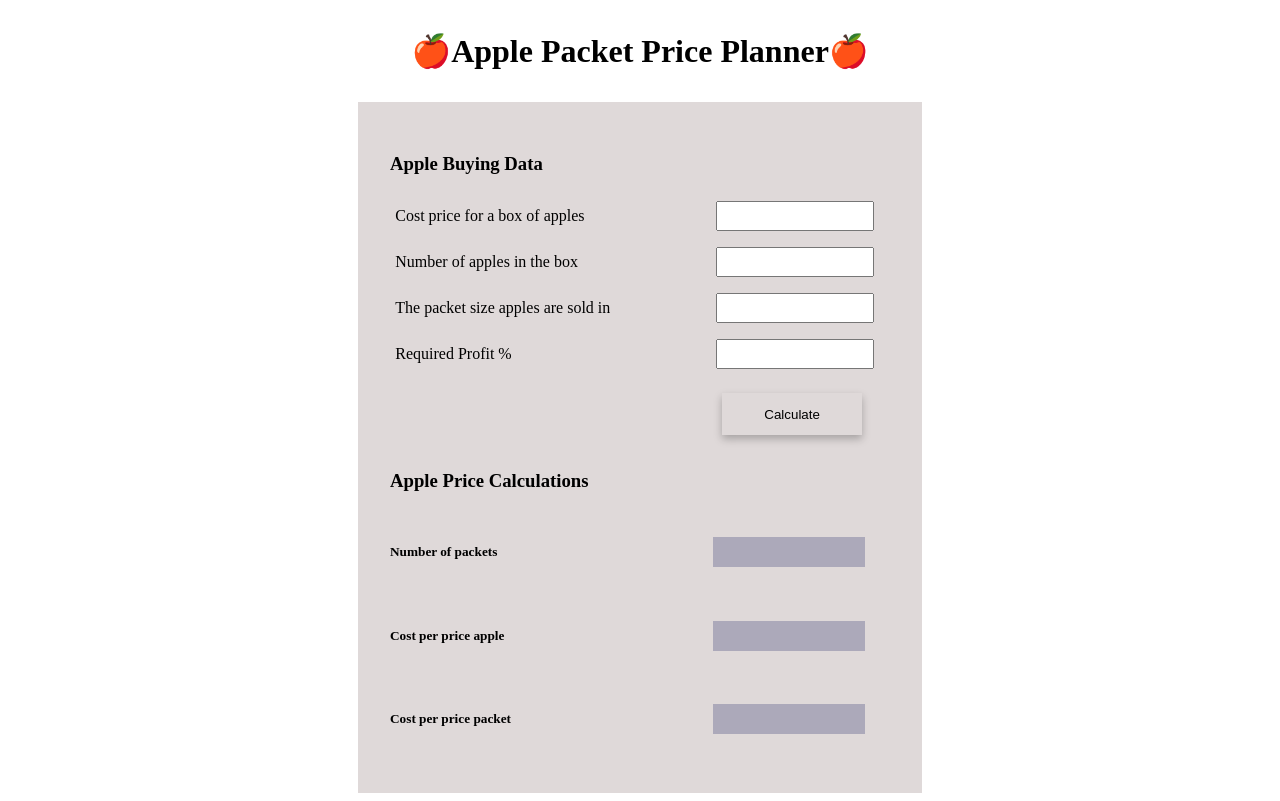
Repository: lasity34/apple-packet-price-planner
Page: index.html
An editor plug-in stored every save of this project. The page is shown before and after the next save, followed by the edit.
The browser window is 1280 px wide. The pictures show the whole page.

Above is the page before, as saved 2023-05-29 14:05:03.

### index.html
<!DOCTYPE html>
<html lang="en">
  <head>
    <meta charset="UTF-8" />
    <meta http-equiv="X-UA-Compatible" content="IE=edge" />
    <meta name="viewport" content="width=device-width, initial-scale=1.0" />
    <title>Apple Packet Price Planner</title>
    <link href="./style.css" rel="stylesheet" />
  </head>
  <body>
    <h1>🍎Apple Packet Price Planner🍎</h1>
    <main>
      <h3>Apple Buying Data</h3>
      <div class="data_input">
      <section class="input_section">
        <div class="input_container">
          <label for="apple_price">Cost price for a box of apples</label><br />
          <input
            type="number"
            id="apple_price"
            name="apple_price"

          /><br />
        </div>
      </section>
      <section class="input_section">
        <div class="input_container">
          <label for="apple_num">Number of apples in the box</label><br />
          <input type="number" id="apple_num" name="apple_num"  /><br />
        </div>
      </section>
      <section class="input_section">
        <div class="input_container">
          <label for="packet_size">The packet size apples are sold in</label><br />
          <input type="number" id="packet_size" name="packet_size" /><br />
        </div>
      </section>
      <section class="input_section">
        <div class="input_container">
          <label for="profit_required">Required Profit %</label><br />
          <input type="number" id="profit_required" name="profit_required"/><br />
        </div>
      </section>
      <div class="btn_container">
        <div></div>
        <button class="calculate_btn">Calculate</button>
      </div>
    </div>
   <section class="data_display">
    <h3>Apple Price Calculations</h3>
    <div class="data_container">
      <h5>Number of packets</h5>
      <h5 class="packets_display"></h5>
    </div>
    <div class="data_container">
      <h5>Cost per price apple</h5>
      <h5 class="cost_per_apple_display"></h5>
    </div>
    <div class="data_container">
      <h5>Cost per price packet</h5>
      <h5 class="cost_per_packet_display"></h5>
    </div>
   </section>
    </main>
  </body>
  <script src="./apple-factory.js"></script>
  <script src="./apple-dom.js"></script>
</html>

### style.css

h1 {
    text-align: center;
    margin: 1em;
}

main {
    background-color: rgb(223, 217, 217);
    margin: 0 auto;
    padding: 2em;
    width: 70%;
    max-width: 500px;
}

.input_section {
    padding: 0.5em 0;
}

.input_container {
    display: flex;
    justify-content: space-around;
    height: 30px;
}

.input_container input {
    width: 30%;
}

.input_container label {
    width: 60%;
   align-self: center;
}

.btn_container {
    display: flex;
    justify-content: space-around;
    padding: 1em;

}

.btn_container div {
    width: 60%;
}

.calculate_btn {
    background-color: rgb(223, 217, 217);
    width: 30%;
    padding: 1em;
    border: none;
    box-shadow: 0px 4px 8px rgba(0, 0, 0, 0.25);
}

.data_container {
    display: flex;
    justify-content: space-between;
    width: 95%;

}

.data_container h5:nth-of-type(1) {
    align-self: center;
}

.data_container h5:nth-of-type(2) {
  font-size: 1rem;
    display: flex;
    justify-content: center;
    align-items: center;
    width: 32%;
    height: 30px;
    background-color: rgb(172, 169, 186);
}

### apple-factory.js


function apple_factory(price, num, size, profit) {

    let apple_cost_price = price || 0;
    let num_apples = num || 0;
    let packet_size = size || 0;
    let profit_required = profit || 0;

    function apple_price(price) {
        apple_cost_price = price
    }

     function apple_count(num) {
        num_apples = num
     }

     function apple_size(packet) {
        packet_size = packet
     }

     function profit_input(input) {
        profit_required = input
     }

    function apples_price_length() {
        return apple_cost_price
    }

    function apple_count_length() {
        return num_apples
    }

    function apple_size_length() {
        return packet_size
    }

    function profit_required_length() {
        return profit_required
    }

    function number_of_packets() {
        const num_packets = Math.floor( num_apples / packet_size)
        return num_packets
    }

    function cost_per_apple() {
        const price_per_apple = num_apples / apple_cost_price
        return price_per_apple
    }

    function cost_per_packet() {
        const price_per_packet = (apple_cost_price * packet_size) / num_apples;
    return price_per_packet.toFixed(2)
    }

    return {
        apple_price,
        apples_price_length,
        apple_count,
        apple_count_length,
        apple_size,
        apple_size_length,
        profit_input,
        profit_required_length,
        number_of_packets,
        cost_per_apple,
        cost_per_packet


    }
}

### apple-dom.js
const calculate_btn = document.querySelector(".calculate_btn");
const apple_cost_input = document.getElementById("apple_price").value;
const apple_num_input = document.getElementById("apple_num").value;
const packet_size_input = document.getElementById("packet_size").value;
const profit_required_input = document.getElementById("profit_required").value;
const num_packet_display = document.querySelector(".packets_display")
const cost_per_apple_display = document.querySelector(".cost_per_apple_display")
const cost_per_packet_display = document.querySelector(".cost_per_packet_display")

const apple_fact = apple_factory(apple_cost_input, apple_num_input, packet_size_input, profit_required_input);

function apple_dom() {

num_packet_display.innerText = apple_fact.number_of_packets()
cost_per_apple_display = apple_fact.cost_per_apple()
cost_per_packet_display = apple_fact.cost_per_packet()
}

calculate_btn.addEventListener("click", apple_dom);

After the next save:
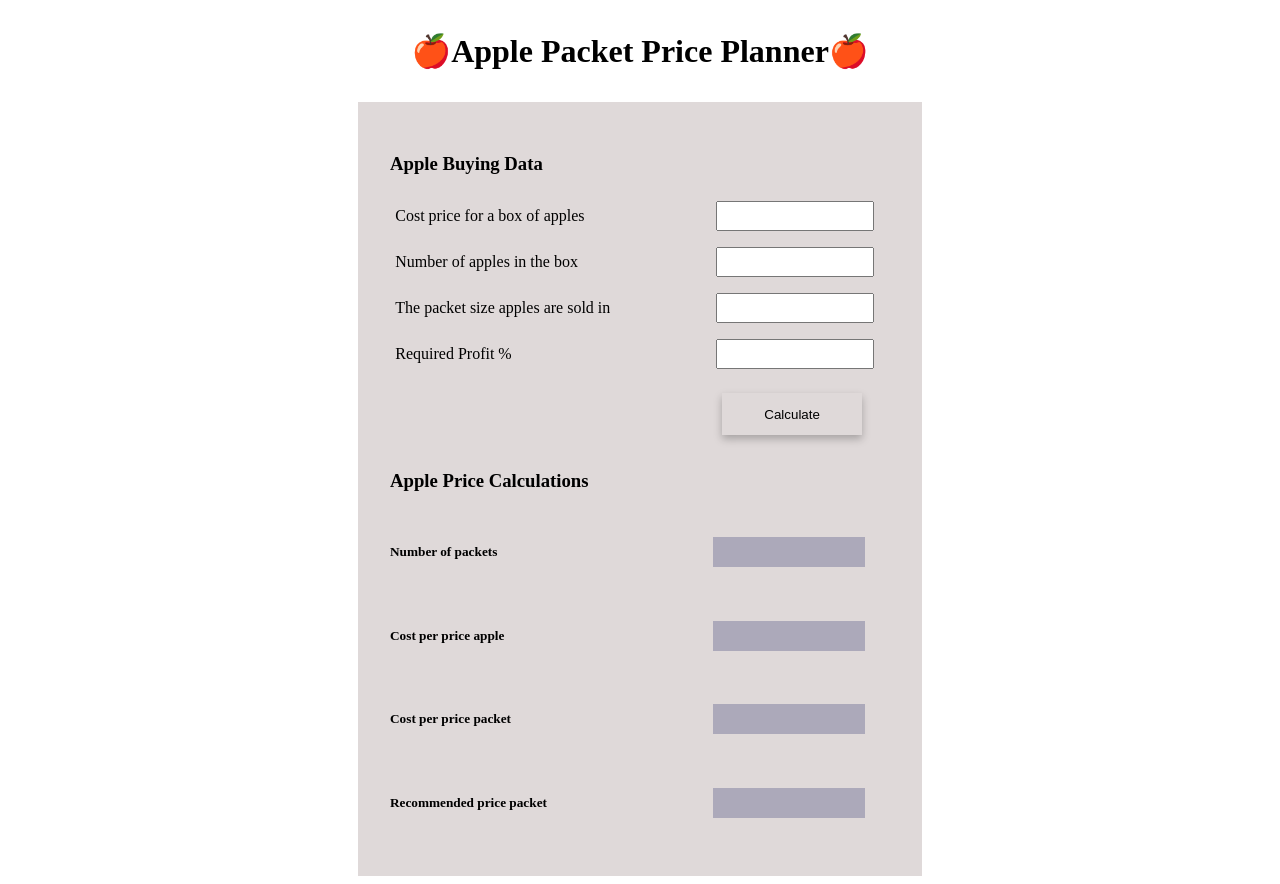
Saved 50 s later.
--- a/index.html
+++ b/index.html
@@ -59,6 +59,9 @@
     <div class="data_container">
       <h5>Cost per price packet</h5>
       <h5 class="cost_per_packet_display"></h5>
+    </div><div class="data_container">
+      <h5>Recommended price packet</h5>
+      <h5 class="cost_per_packet_display"></h5>
     </div>
    </section>
     </main>
